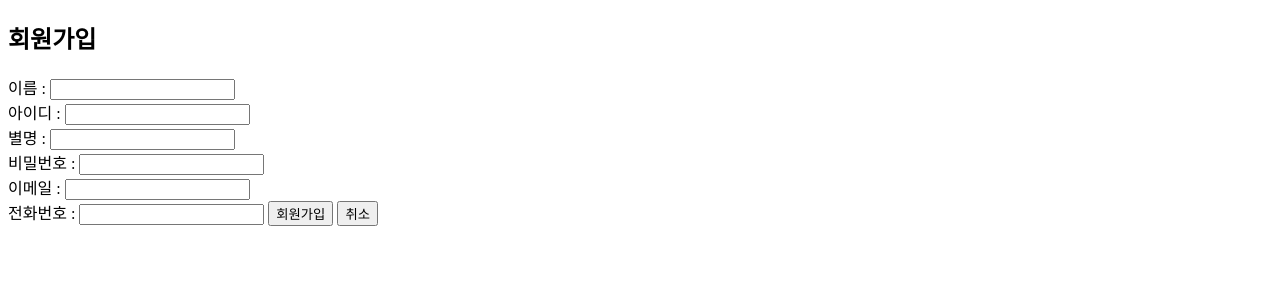
Repository: YooMyeongSeon/JSP_Servlet_Study
Page: web06/WebContent/Ex_03_Form.htm
The author's editor kept a copy of each file at every save. The page is drawn from the files as they stood at one save, then again after the next save.
The browser window is 1280 px wide. The pictures show the whole page.

Above is the page before, as saved 2022-06-09 06:45:54.

### web06/WebContent/Ex_03_Form.htm
<!DOCTYPE html>
<html>
<head>
<meta charset="UTF-8">
<title>Insert title here</title>
</head>
<body>
	<h2>회원가입</h2>
	<form action="Ex_03_Result.jsp" method="POST">
		이름 : <input type="text" name="name"><br>
		아이디 : <input type="text" name="userId"><br>
		별명 : <input type="text" name="nickname"><br>
		비밀번호 : <input type="password" name="userPw"><br>
		이메일 : <input type="email" name="email"><br>
		전화번호 : <input type="tel" name="phone">
		<input type="submit" value="회원가입">
		<input type="reset" value="취소">
	</form>
</body>
</html>

After the next save:
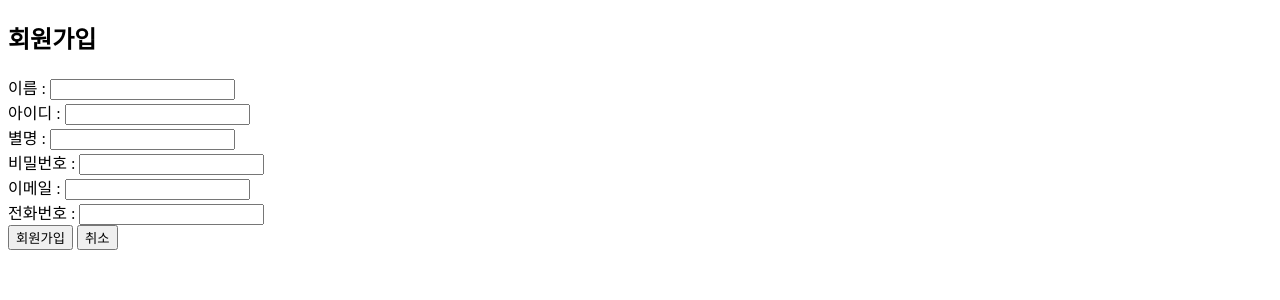
Saved 52 s later.
--- a/web06/WebContent/Ex_03_Form.htm
+++ b/web06/WebContent/Ex_03_Form.htm
@@ -12,7 +12,7 @@
 		별명 : <input type="text" name="nickname"><br>
 		비밀번호 : <input type="password" name="userPw"><br>
 		이메일 : <input type="email" name="email"><br>
-		전화번호 : <input type="tel" name="phone">
+		전화번호 : <input type="tel" name="phone"><br>
 		<input type="submit" value="회원가입">
 		<input type="reset" value="취소">
 	</form>
